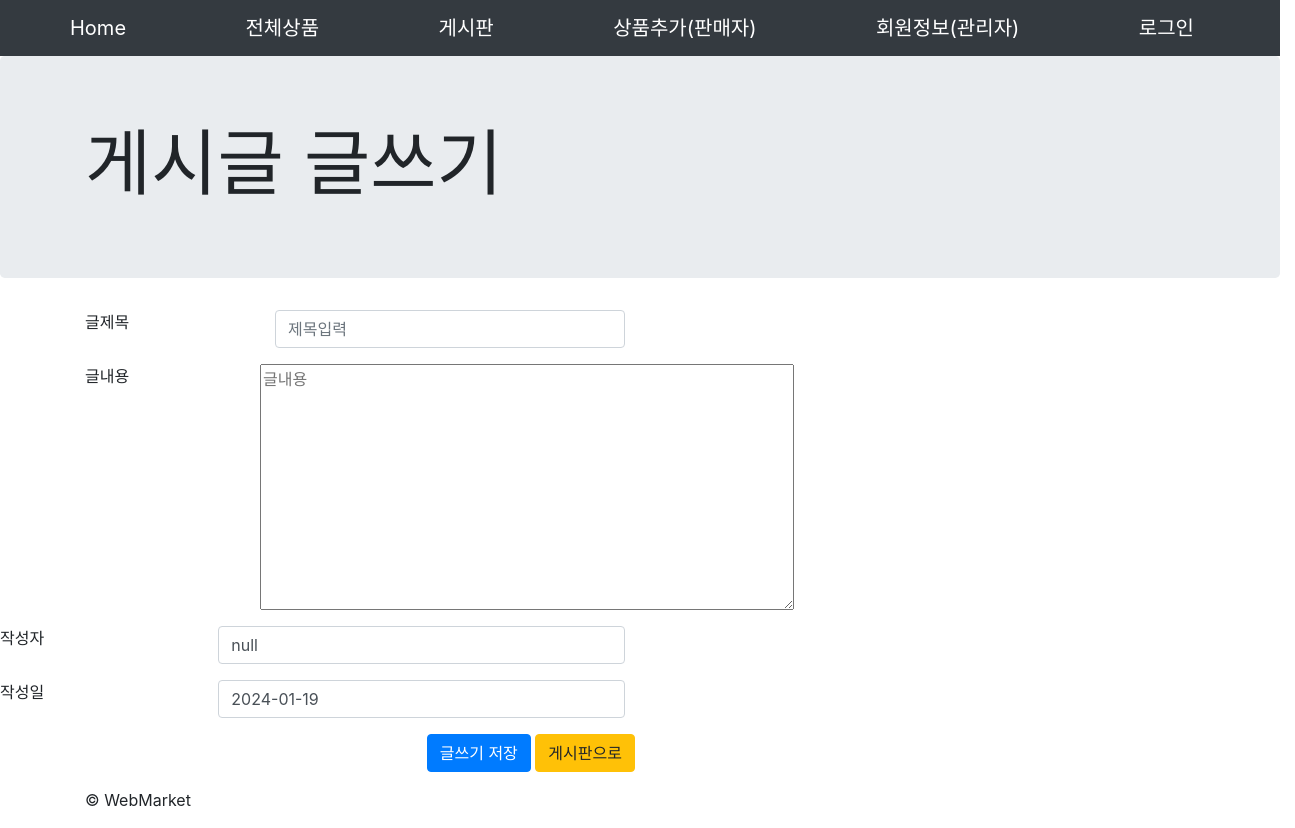
Repository: davisbyun/ai
Page: http://localhost/WebMarket/board/boardInsert.jsp
These files come from the project's save history. The page is drawn as it stood at one moment and after the next save; the edit follows.
The browser window is 1280 px wide. The page is 1295 px wide, then 1280 px, so the pictures cover 1295 px, including what lies to the right of the window. The pictures show the whole page.
The page is served by Tomcat 9. Other server files are loaded and not shown.

Above is the page before, as saved 2024-01-30 05:44:06.

### WebMarket/src/main/webapp/board/boardInsert.jsp
<%@ page language="java" contentType="text/html; charset=UTF-8"
    pageEncoding="UTF-8"%>
<%@ page import="java.time.LocalDate" %>
<!DOCTYPE html>
<html>
<body>
<head>
<meta charset="UTF-8">
<title>boardInsert.jsp 게시글 작성하기 </title>
<link rel="stylesheet" href="./css/bootstrap.min.css" />
</head>
<body>

	<%--
	 String writer1 = (String) session.getAttribute("name");
	 if (writer1 == null){
		 response.sendRedirect("boardList.jsp");
	 }

	--%>

	<%
	  LocalDate now = LocalDate.now();
	  String writer = (String) session.getAttribute("name");

	%>
  <jsp:include page="../menu.jsp"></jsp:include>
  <div class="jumbotron">
    <div class="container">
        <h1 class="display-3"> 게시글 글쓰기 </h1>
    </div>
  </div>

  <div class="container">
   <form action="processBoardInsert.jsp"  name="board" class="form-horizontal"  method="post">

         <div class="form-group row">
            <label class="col-sm-2 f1"> 글제목 </label>
            <div class="col-sm-4">
                <input type="text" name="title" id="title" placeholder="제목입력"  class="form-control">
            </div>
         </div>

         <div class="form-group row">
            <label class="col-sm-2 f1"> 글내용 </label>
               <textarea rows = "10" cols="50" name="content" placeholder="글내용"></textarea>
           </div>
         </div>

         <div class="form-group row">
            <label class="col-sm-2 f1"> 작성자 </label>
            <div class="col-sm-4">
                <input type="text" name="writer" id="writer" value="<%= writer %>" class="form-control">
            </div>
         </div>


         <div class="form-group row">
            <label class="col-sm-2 f1"> 작성일 </label>
            <div class="col-sm-4">
                <input type="text" name="regdate" id="regdate" value="<%= now %>" class="form-control">
            </div>
         </div>

         <div class="form-group row">
            <div class="col-sm-offset-2  col-sm-10  col  text-center">
                <input type="submit"  class="btn btn-primary f1" value="글쓰기 저장" >
               <a href="boardList.jsp" class="btn btn-warning">  게시판으로 </a>
            </div>
         </div>

     </form>
   </div>

  <jsp:include page="../footer.jsp"/>

  </body>
  </html>

### WebMarket/src/main/webapp/menu.jsp
<%@ page language="java" contentType="text/html; charset=UTF-8"
    pageEncoding="UTF-8"%>
<!DOCTYPE html>
<html>
<head>
<meta charset="UTF-8">
<title>Insert title here</title>
<link rel="stylesheet" href="https://cdn.jsdelivr.net/npm/bootstrap@4.0.0/dist/css/bootstrap.min.css" integrity="sha384-Gn5384xqQ1aoWXA+058RXPxPg6fy4IWvTNh0E263XmFcJlSAwiGgFAW/dAiS6JXm" crossorigin="anonymous">
</head>
<body>
	 <nav class="navbar navbar-expand navbar-dark bg-dark">
    <div class="container">
        <div class="navbar-header">
            <a class="navbar-brand" href="/WebMarket/welcome.jsp">Home</a>
        </div>
        <div class="navbar-header">
            <a class="navbar-brand" href="/WebMarket/products.jsp">전체상품</a>
        </div>
        <div class="navbar-header">
            <a class="navbar-brand" href="/WebMarket/board/boardList.jsp">게시판</a>
        </div>
        <div class="navbar-header">
            <a class="navbar-brand" href="/WebMarket/addProduct.jsp">상품추가(판매자)</a>
        </div>
        <div class="navbar-header">
             <a class="navbar-brand" href="/WebMarket/member/memberInfo.jsp">회원정보(관리자)</a>
         </div>
         <%
            //세션 가져오기
            String name = (String)session.getAttribute("name");
         	String id = (String )session.getAttribute("id");
         	String loginOk = "로그인";
         	if( name != null ) {
         		loginOk = name + "님 ";
         %>
         <div class="navbar-header">
         	<div class="text-white"> <h5><%=loginOk %> </h5>&nbsp;&nbsp;
             <a class="navbar-brand" href="/WebMarket/member/logOut.jsp"> 로그아웃 </a>
         </div>
         </div>

         <%

         	}else {
         		loginOk = "로그인";
         %>
         <div class="navbar-header">
             <a class="navbar-brand" href="/WebMarket/member/login.jsp"><%= loginOk %></a>
         </div>
         <%
         	}
         %>

     </div>
   </nav>
</body>
</html>

### WebMarket/src/main/webapp/footer.jsp
<%@ page language="java" contentType="text/html; charset=UTF-8"
    pageEncoding="UTF-8"%>
<!DOCTYPE html>
<html>
<head>
<meta charset="UTF-8">
<title>Insert title here</title>
 <link rel="stylesheet" href="https://cdn.jsdelivr.net/npm/bootstrap@4.0.0/dist/css/bootstrap.min.css" integrity="sha384-Gn5384xqQ1aoWXA+058RXPxPg6fy4IWvTNh0E263XmFcJlSAwiGgFAW/dAiS6JXm" crossorigin="anonymous">
</head>
<body>
     <footer class="container">
	    <p>&copy; WebMarket</p>
	 </footer>
</body>
</html>

Loaded but not shown: WebMarket/src/main/webapp/css/bootstrap.min.css (library)

After the next save:
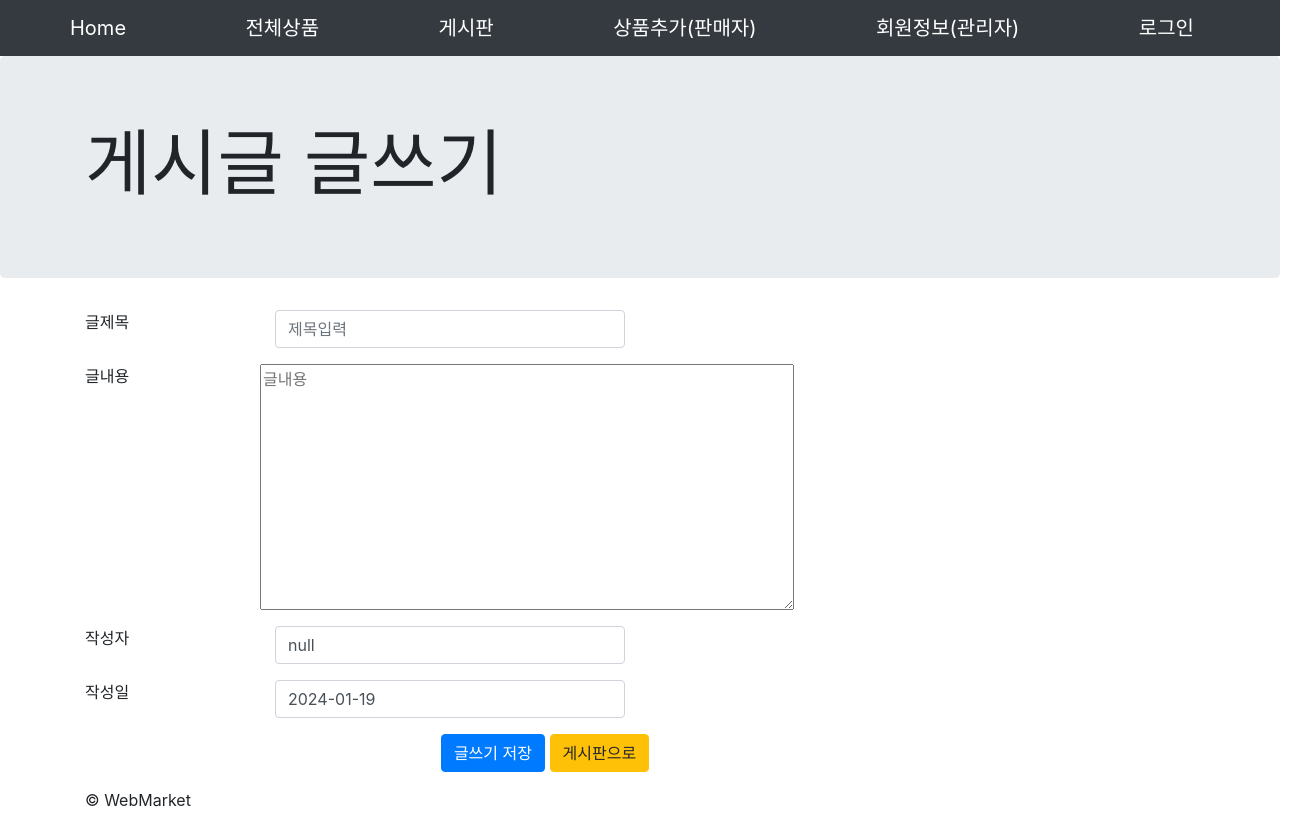
Saved 6 min 35 s later.
--- a/WebMarket/src/main/webapp/board/boardInsert.jsp
+++ b/WebMarket/src/main/webapp/board/boardInsert.jsp
@@ -43,8 +43,7 @@
 
          <div class="form-group row">
             <label class="col-sm-2 f1"> 글내용 </label>
-               <textarea rows = "10" cols="50" name="content" placeholder="글내용"></textarea>
-           </div>
+            <textarea rows = "10" cols="50" name="content" placeholder="글내용"></textarea>
          </div>
 
          <div class="form-group row">
